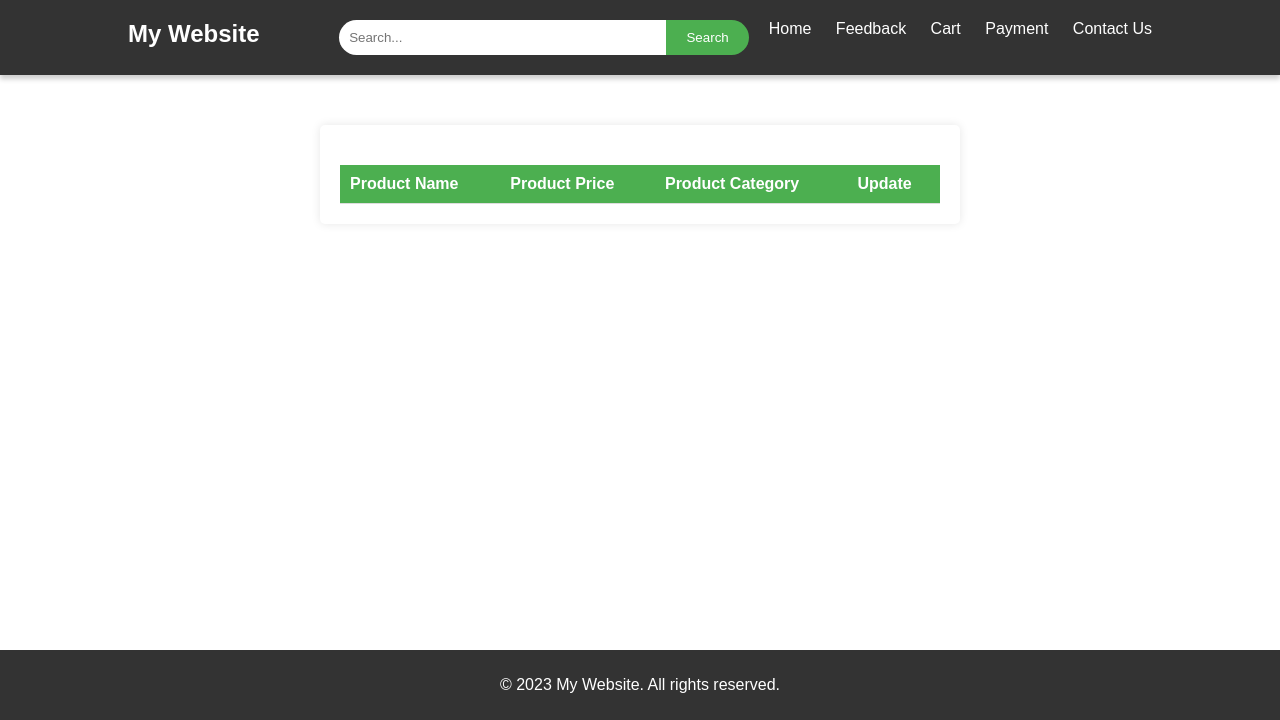
Repository: UrinduYatawakaa/OOP_project
Page: http://localhost/ProductDemo/AllServlet
These files come from the project's save history. The page is drawn as it stood at one moment and after the next save; the edit follows.
The browser window is 1280 px wide. The pictures show the whole page.
The page is served by Tomcat 9. Other server files are loaded and not shown. Queries for data that is not in the repository find no rows.

Above is the page before, as saved 2023-10-24 14:24:15.

### oop project/ProductDemo/src/main/webapp/searchbarAdmin.jsp
<%@ page language="java" contentType="text/html; charset=ISO-8859-1"
    pageEncoding="ISO-8859-1"%>
    <%@taglib prefix="c" uri="http://java.sun.com/jsp/jstl/core"%>

<!DOCTYPE html>
<html lang="en">

<head>
    <meta charset="UTF-8">
    <meta name="viewport" content="width=device-width, initial-scale=1.0">
    <link rel="stylesheet" href="css/stylesheader.css" type="text/css">
    <link rel="stylesheet" href="css/category.css" type="text/css">
    <title>Simple Grocery Cart</title>
</head>
<header>
    <div class="container">
        <h1>My Website</h1>
        <nav>
            <ul>
                <li><a href="homePage.jsp">Home</a></li>
                <li><a href="#">Feedback</a></li>
                <li><a href="#">Cart</a></li>
                <li><a href="#">Payment</a></li>
                <li><a href="#">Contact Us</a></li>
            </ul>
        </nav>
        <div class="search-bar">
            <form action="log" method="post">
                <input type="text" name="ProductName" placeholder="Search...">
                <input type="submit" name="submit" value="Search">
            </form>
        </div>

    </div>
</header>

<body>
    <div class="container2">
        <table class="cart">
            <thead>
                <tr>
                    <th>Product Name</th>
                    <th>Product Price</th>
                    <th>Product Category</th>
                    <th>Update</th>
                </tr>
            </thead>
            <c:forEach var="product" items = "${productDetails}" >

            <c:set var="id" value="${product.id}"/>
            <c:set var="name" value="${product.name}"/>
            <c:set var="price" value="${product.price}"/>
            <c:set var="category" value="${product.category}"/>

            <c:url value="updateProduct.jsp" var="productUpdate">
		    <c:param name="id" value="${id}"/>
		    <c:param name="name" value="${name}"/>
		    <c:param name="price" value="${price}"/>
		    <c:param name="category" value="${category}"/>
	        </c:url>

            <tbody>
                <tr>
                    <td>${product.name}</td>
                    <td>${product.price}</td>
                    <td>${product.category}</td>

                    <td>
                        <a href="${productUpdate}">
                            <input type="button" name="update" value="update value"  class="add-to-cart-button">
                            </a>
                    </td>
                </tr>

        </c:forEach>
        </tbody>

        </table>
    </div>
</body>
    <footer>
        <div class="container">
            <p>&copy; 2023 My Website. All rights reserved.</p>
        </div>
    </footer>


</html>

### oop project/ProductDemo/src/main/java/com/product/AllServlet.java
package com.product;

import java.io.IOException;
import java.util.List;

import javax.servlet.RequestDispatcher;
import javax.servlet.ServletException;
import javax.servlet.annotation.WebServlet;
import javax.servlet.http.HttpServlet;
import javax.servlet.http.HttpServletRequest;
import javax.servlet.http.HttpServletResponse;

@WebServlet("/AllServlet")
public class AllServlet extends HttpServlet {
	private static final long serialVersionUID = 1L;

	protected void doGet(HttpServletRequest request, HttpServletResponse response) throws ServletException, IOException {
		String category = request.getParameter("category");

		List<Product> productDetails = ProductDBUtil.getAll();
			request.setAttribute("productDetails", productDetails);

			RequestDispatcher dis = request.getRequestDispatcher("searchbarAdmin.jsp");
			dis.forward(request, response);



	}

}

### oop project/ProductDemo/src/main/java/com/product/ProductDBUtil.java
package com.product;
import java.sql.Connection;
import java.sql.DriverManager;
import java.sql.PreparedStatement;
import java.sql.ResultSet;
import java.sql.Statement;
import java.util.ArrayList;
import java.util.List;


public class ProductDBUtil {

	private static boolean isSuccess;
	private static Connection con = null;
	private static Statement stmt = null;
	private static ResultSet rs = null;

	public static List<Product> getProduct (String name){

		ArrayList<Product> product = new ArrayList<>();



		try {
			//String sql = "select * from product_details where product_name='%''"+name+"''%'";
			con = DBConnect.getConnction();
			stmt = con.createStatement();
			String sql = "SELECT * FROM product_details WHERE product_name LIKE '%" + name + "%'";
			rs = stmt.executeQuery(sql);

			if(rs.next()) {
				int id = rs.getInt(1);
				String productName = rs.getString(2);
				double price = rs.getDouble(3);
				String category = rs.getString(4);

				Product p = new Product(id,productName,price,category);
				product.add(p);
			}

		} catch (Exception e) {
			e.printStackTrace();
		}



		return product;

	}

	public static boolean InsertProduct(String name, String price, String category) {

		boolean isSuccess = false;


		try {
			con = DBConnect.getConnction();
			stmt = con.createStatement();
            double Price = Double.parseDouble(price); // Convert the String to a double

			String sql = "insert into product_details values (0,'"+name+"','"+Price+"','"+category+"')";
			int rs = stmt.executeUpdate(sql); //update to query

			if(rs>0) {
				isSuccess = true;
			} else {
				isSuccess = false;
			}

		} catch (Exception e) {
			e.printStackTrace();
		}


		return isSuccess;
	}

	public static boolean updateProduct(String id, String name, String price, String category) {

		try {
			con = DBConnect.getConnction();
			stmt = con.createStatement();

			double Price = Double.parseDouble(price);

			String sql = "update product_details set product_name='"+name+"', product_price='"+Price+"', product_category='"+category+"' where idproduct_details='"+id+"'";
			int rs = stmt.executeUpdate(sql);

			if(rs > 0) {
				isSuccess = true;
			} else {
				isSuccess = false;
			}

		} catch (Exception e) {
			e.printStackTrace();
		}

		return isSuccess;
	}

	public static List<Product> getProdcutDetails(String id){

		int convertID = Integer.parseInt(id);

		ArrayList<Product> product = new ArrayList<>();

		try {

			con = DBConnect.getConnction();
			stmt = con.createStatement();
			String sql = "SELECT * FROM product_details WHERE idproduct_details='" + convertID + "'";
			rs = stmt.executeQuery(sql);

			while(rs.next()) {
				int ID = rs.getInt(1);
				String productName = rs.getString(2);
				double price = rs.getDouble(3);
				String category = rs.getString(4);

				Product p = new Product(ID,productName,price,category);
				product.add(p);
			}


		} catch (Exception e) {
			e.printStackTrace();
		}

		return product;
	}


	public static List<Product> getCategory(String category){


		ArrayList<Product> product = new ArrayList<>();

		try {

			con = DBConnect.getConnction();
			stmt = con.createStatement();
			String sql = "SELECT * FROM product_details WHERE product_category='" + category + "'";
			rs = stmt.executeQuery(sql);

			while(rs.next()) {
				int ID = rs.getInt(1);
				String productName = rs.getString(2);
				double price = rs.getDouble(3);
				String categoryy = rs.getString(4);

				Product p = new Product(ID,productName,price,categoryy);
				product.add(p);
			}


		} catch (Exception e) {
			e.printStackTrace();
		}

		return product;
	}

//
public static List<Product> getAll(){


		ArrayList<Product> product = new ArrayList<>();

		try {

			con = DBConnect.getConnction();
			stmt = con.createStatement();
			String sql = "SELECT * FROM product_details";
			rs = stmt.executeQuery(sql);

			while(rs.next()) {
				int ID = rs.getInt(1);
				String productName = rs.getString(2);
				double price = rs.getDouble(3);
				String categoryy = rs.getString(4);

				Product p = new Product(ID,productName,price,categoryy);
				product.add(p);
			}


		} catch (Exception e) {
			e.printStackTrace();
		}

		return product;
	}


}

### oop project/ProductDemo/src/main/java/com/product/DBConnect.java
package com.product;

import java.sql.Connection;
import java.sql.DriverManager;

public class DBConnect {

	private static String url = "jdbc:mysql://localhost:3306/product";
	private static String user = "root";
	private static String password = "1234";
	private static Connection con;

	public static Connection getConnction() {

		try {
			Class.forName("com.mysql.jdbc.Driver");

			con = DriverManager.getConnection(url, user, password);

		} catch (Exception e) {
			System.out.println("Database connection failed!");
		}

		return con;

	}

}

### oop project/ProductDemo/src/main/webapp/css/stylesheader.css
@charset "ISO-8859-1";

body {
    font-family: Arial, sans-serif;
    margin: 0;
    padding: 0;
    background-color: #f4f4f4;
}

.container {
    width: 80%;
    margin: 0 auto;
    overflow: hidden;
}

header {
    background-color: #333;
    color: #fff;
    padding: 20px 0;
    box-shadow: 0px 4px 5px 0px rgba(0, 0, 0, 0.2);
}

header h1 {
    float: left;
    margin: 0;
    font-size: 24px;
}

header h1 span {
    color: #4CAF50;
}

nav ul {
    float: right;
    list-style: none;
    margin: 0;
    padding: 0;
}

nav ul li {
    display: inline;
    margin-left: 20px;
}

nav ul li a {
    color: #fff;
    text-decoration: none;
    transition: color 0.3s;
}

nav ul li a:hover {
    color: #4CAF50;
}

.search-bar{
    width: 40%;
    border-left: 10px;
    float:right;
}
.search-bar form {
    display: flex;
}

.search-bar input[type="text"] {
    padding: 10px;
    border: none;
    border-radius: 20px 0 0 20px;
    margin-right: 0;
    flex: 1;
}

.search-bar input[type="submit"] {
    padding: 10px 20px;
    background-color: #4CAF50;
    color: #fff;
    border: none;
    border-radius: 0 20px 20px 0;
    cursor: pointer;
    transition: background-color 0.3s;
}

.search-bar input[type="submit"]:hover {
    background-color: #45a049;
}

footer {
    background-color: #333;
    color: #fff;
    text-align: center;
    padding: 10px 0;
    position: fixed;
    bottom: 0;
    width: 100%;
}

### oop project/ProductDemo/src/main/webapp/css/category.css
@charset "ISO-8859-1";

body {
    font-family: Arial, sans-serif;
    background-color: #fff;
    color: #333;
    margin: 0;
    padding: 0;
}

.container2 {
    max-width: 600px;
    margin: 0 auto;
    padding: 20px;
    background-color: #fff;
    box-shadow: 0 0 10px rgba(0, 0, 0, 0.1);
    border-radius: 5px;
    margin-top: 50px;
}

.container2 h1 {
    text-align: center;
    color: #4CAF50;
}

.cart {
    width: 100%;
    margin-top: 20px;
    border-collapse: collapse;
}

.cart th, .cart td {
    padding: 10px;
    text-align: left;
    border-bottom: 1px solid #ddd;
}

.cart th {
    background-color: #4CAF50;
    color: #fff;
}

.cart tbody tr:hover {
    background-color: #f5f5f5;
}

.add-to-cart-button {
    display: block;
    width: 100px;
    text-align: center;
    background-color: #4CAF50;
    color: #fff;
    padding: 8px 10px;
    text-decoration: none;
    border-radius: 5px;
    margin: 0 auto;
    margin-top: 5px;
}

.add-to-cart-button:hover {
    background-color: #333;
}

After the next save:
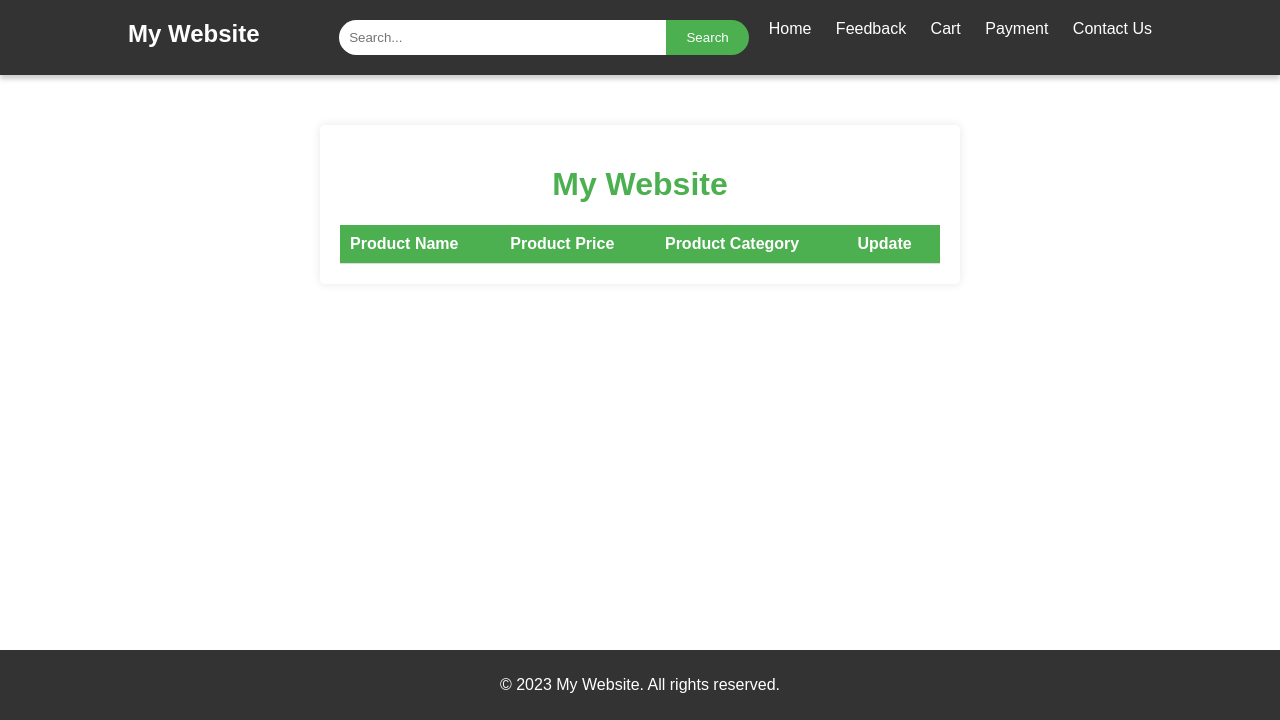
Saved 18 h 40 min later.
--- a/oop project/ProductDemo/src/main/webapp/searchbarAdmin.jsp
+++ b/oop project/ProductDemo/src/main/webapp/searchbarAdmin.jsp
@@ -37,6 +37,7 @@
 <body>
     <div class="container2">
         <table class="cart">
+        <h1>My Website</h1>
             <thead>
                 <tr>
                     <th>Product Name</th>
